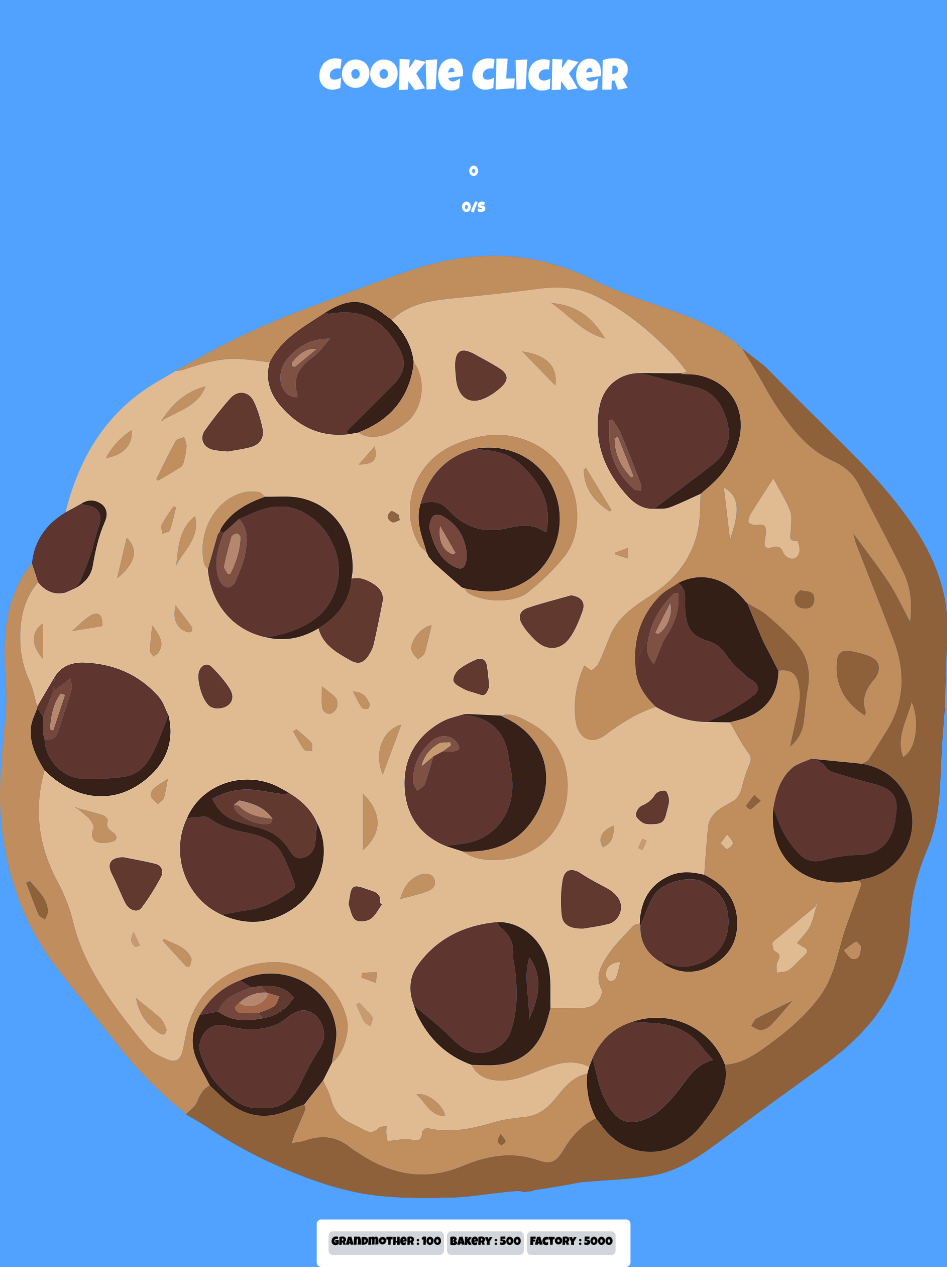
Repository: Cozmoss/cookie_clicker
Page: /
An editor plug-in stored every save of this project. The page is shown before and after a run of saves, followed by the edit.
The browser window is 1280 px wide. The pictures show the whole page, at 74% of full size.
The project was rebuilt for these pictures with package versions that can differ from the ones it lists, and the page was loaded fresh each time. Also part of the build but not shown: vite.config.js, src/App.css.

Above is the page before, as saved 2026-04-24 15:45:14.

After the next 2 saves:
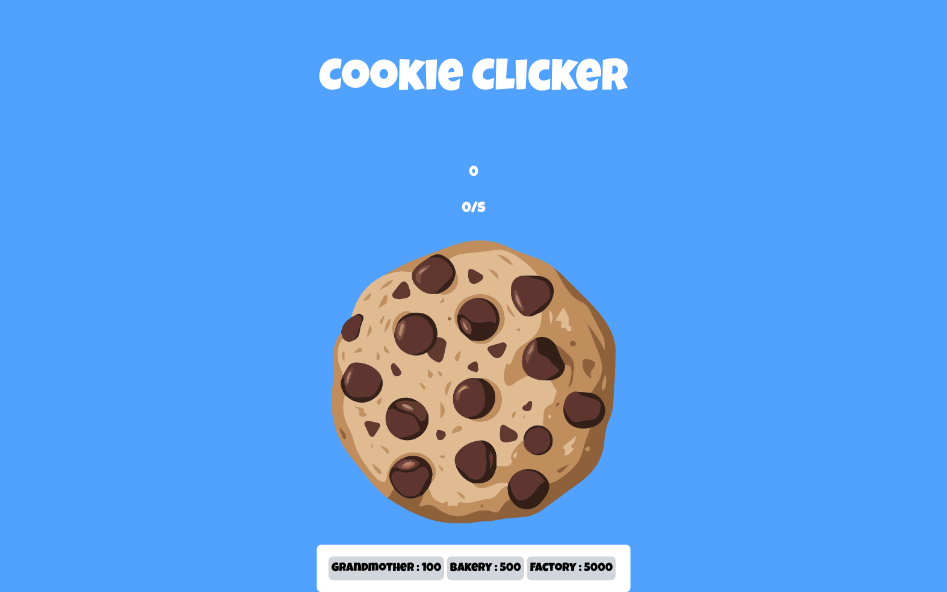
The 2 saves are shown as one change because they came seconds apart.
The last was saved 17 s later.
--- a/src/components/Cookie.jsx
+++ b/src/components/Cookie.jsx
@@ -14,7 +14,7 @@ function Cookie() {
 	return (
 		<div>
 			<button className="cursor-pointer" onClick={handleClick}>
-				<img src={cookie} alt="Cookie" className={`transition-transform duration-100 ${isCliked ? "scale-90" : "scale-100"}`} />
+				<img src={cookie} alt="Cookie" className={`w-96 transition-transform duration-100 ${isCliked ? "scale-90" : "scale-100"}`} />
 			</button>
 		</div>
 	);
